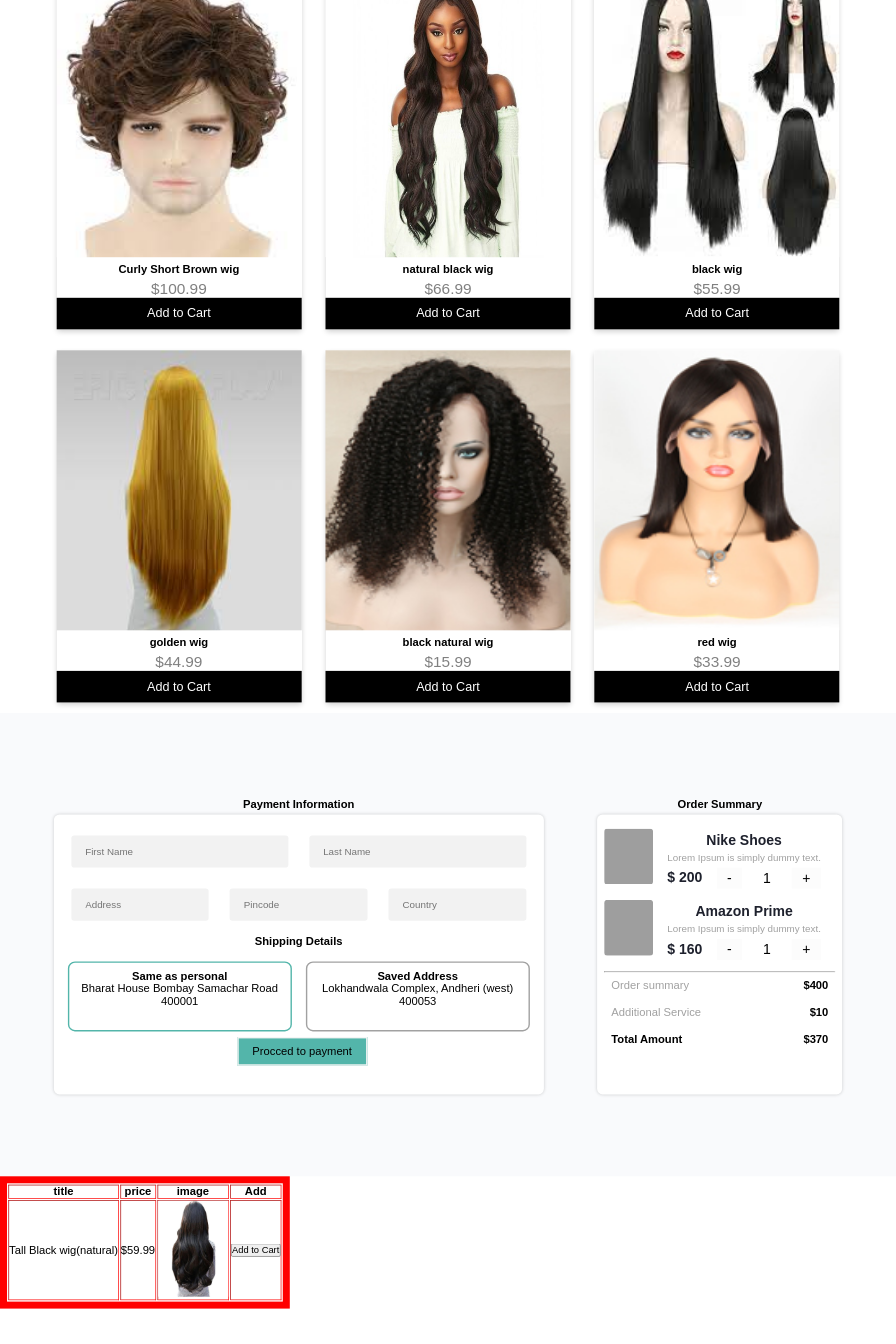
Repository: Zzero202/Zzero202
Page: index.html
The author's editor kept a copy of each file at every save. The page is drawn from the files as they stood at one save, then again after the next save.
The browser window is 1280 px wide. The pictures show the part of the page from y = 1248 to 3168 px (the page is 3168 px tall before and 3164 px after), at 70% of full size.
Pictures or frames that could not be fetched are drawn as grey boxes. A picture or video elsewhere on the page could not be fetched, so the positions and the page height are approximate.

Above is the page before, as saved 2021-12-09 01:46:15.

After the next save:
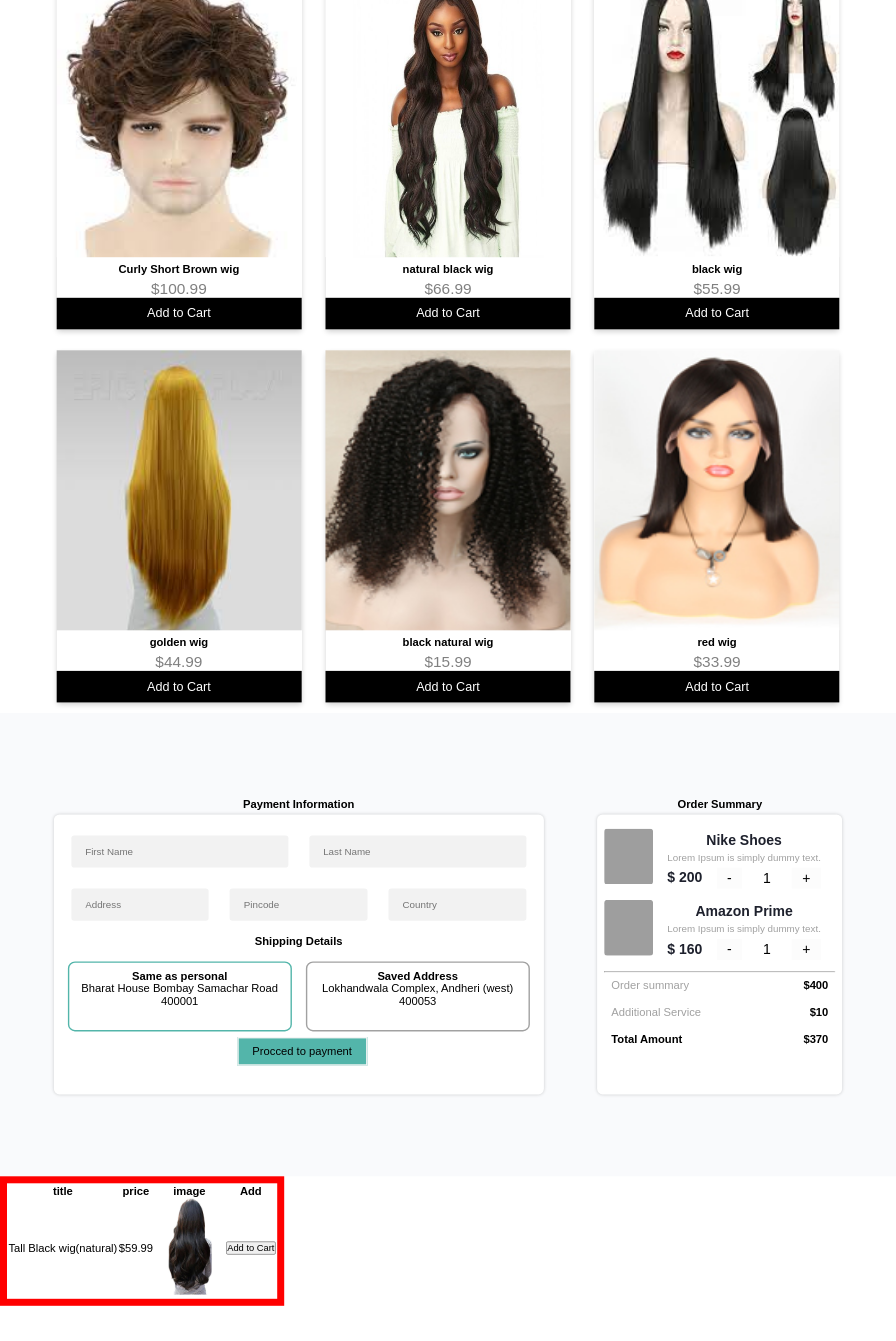
Saved 8 s later.
--- a/index.html
+++ b/index.html
@@ -614,7 +614,7 @@ footer a {
   </div>
 </div>
 <section class="table-pic">
-  <table border="1">
+  <table>
     <thead>
       <tr>
         <th>title</th>
